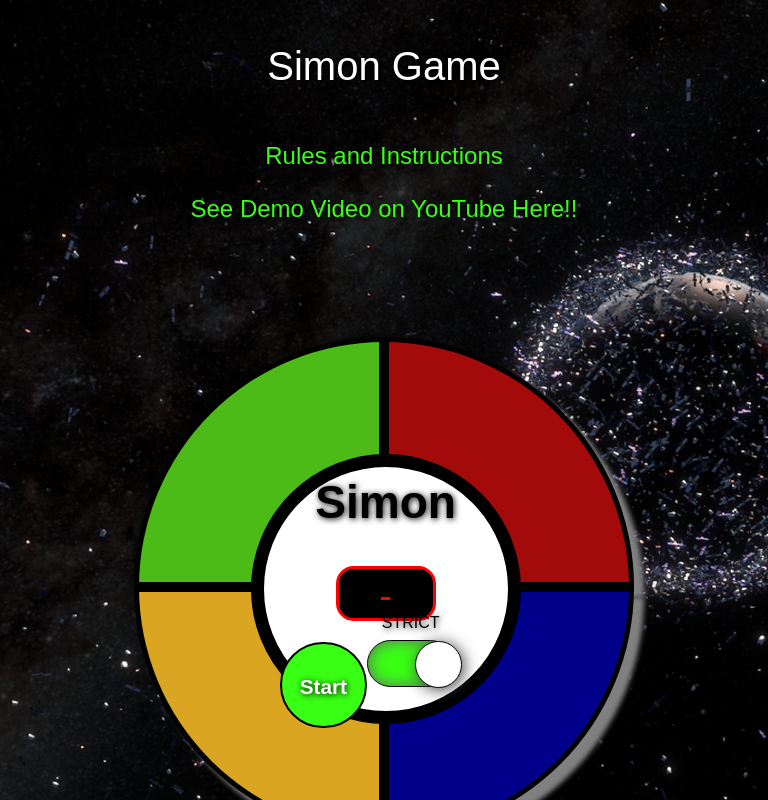
Repository: cgaynor91/Simon-Memory-Game
Page: index.html
The author's editor kept a record of every edit. The page is drawn from the files as they stood at one moment, then again after the next edit.
The browser window is 768 px wide. The pictures show the whole page.
An inner scrolling area shows only its first screen. Some web fonts or font styles are not loaded; a fallback is used.

Above is the page before.

### index.html
<!DOCTYPE html>
<html lang="en">

<head>
  <meta charset="UTF-8">
  <meta name="viewport" content="width=device-width, initial-scale=1.0">
  <meta http-equiv="X-UA-Compatible" content="ie=edge">
  <title>Simon Memory Game</title>

  <!-- Style sheets -->
  <link rel="stylesheet" href="https://stackpath.bootstrapcdn.com/bootstrap/4.3.1/css/bootstrap.min.css">
  <link href="https://fonts.googleapis.com/css?family=Fascinate+Inline&display=swap" rel="stylesheet" type="text/css">
  <link class="favicon" rel="icon" href="assets/images/favicon.ico" type="image/ico">

  <link rel="stylesheet" href="assets/css/style.css">

</head>


<body>
  <!-- Main Container -->

  <div class="container-fluid header">
    <!--main container-->
    <div class="row">
      <div class="col">
        <h1 class="m-4 py-2">Simon Game</h1>
      </div>
    </div>


    <!-- Button trigger modal - adapted from getbootstrap.com -->
    <button type="button" class="btn btn-modal" data-toggle="modal" data-target="#exampleModal">
  Rules and Instructions
</button>

    <!-- Modal -->
    <div class="modal fade" id="exampleModal" tabindex="-1" role="dialog" aria-labelledby="exampleModalLabel" aria-hidden="true">
      <div class="modal-dialog" role="document">
        <div class="modal-content">
          <div class="modal-header px-0 pl-4">
            <h3 class="modal-title" id="ModalLabel">Rules & Instructions</h3>
            <button type="button" class="close" data-dismiss="modal" aria-label="Close">
          <span aria-hidden="true">&times;</span>
        </button>
          </div>
          <div class="modal-body">
            <p class="text-center"> Think fast... SIMON says, "Chase my flashing lights and sounds"!</p> <br> The challenge is to repeat the ever-increasing random signals that SIMON generates.<br>
            <h4 class="text-center"> How To Play?</h4><br> 1. Press green START button; SIMON will give the first signal.<br> 2. Repeat the signal by pressing the same pad.<br> 3. SIMON will duplicate the first signal and will add one.<br> 4. Repeat these two signals by pressing
            the same colour pads.<br> 5. SIMON will duplicate these first two signals and add one.<br> 6. You must reach 20 to win.<br><br>

            <h4 class="text-center"> Strict Mode</h4><br> When Strict mode is selected you cannot get your sequence wrong at any point or your game will be reset back to the start

          </div>
          <div class="modal-footer">
            <button type="button" class="btn btn-modal" data-dismiss="modal">Close</button>
          </div>
        </div>
      </div>
    </div>

    <div class="row">
      <div class="rules-col col">
        <a href="https://www.youtube.com/watch?v=1Yqj76Q4jJ4" target="_blank">See Demo Video on YouTube Here!!</a>
      </div>
    </div>

    <!-- will hold the simon board -->
    <div class="container-fluid outer-circle">
      <div class="row">
        <div class="col simon-board">
          <div class="pads">
            <div id="greenpad" class="pad green-pad"></div>
            <div id="redpad" class="pad red-pad"></div>
            <div id="yellowpad" class="pad yellow-pad"></div>
            <div id="bluepad" class="pad blue-pad"></div>
          </div>

          <!-- inner -circle of board containg number counter and switches -->

          <div class="inner-circle">
            <div class="label">Simon</div>
            <div id="turn" class="display">-</div>
            <div id="start" class="start-button">Start</div>
            <div class="container strict">
              <div class="strict-label">
                <p>STRICT</p>
                <div class="strict-switch">
                  <input type="checkbox" id="strict" class="toggle" checked/>
                </div>
              </div>
            </div>
          </div>
        </div>
      </div>
    </div>
  </div>

  <div class="container-fluid footer">
    <div class="row justify-content-center">
      <p>Website created by Claire Gaynor &copy;
        <br> For educational purposes only.</p>
    </div>
  </div>

  <!-- Audio Clips -->
  <audio id="sound-green" src="assets/sounds/green.mp3"></audio>
  <audio id="sound-red" src="assets/sounds/red.mp3"></audio>
  <audio id="sound-yellow" src="assets/sounds/yellow.mp3"></audio>
  <audio id="sound-blue" src="assets/sounds/blue.mp3"></audio>
  <audio id="game-win" src="assets/sounds/game-win.wav"></audio>
  <audio id="game-over" src="assets/sounds/game-over.wav"></audio>



  <!-- Scripts located at the bottom of the body to ensure quick page loading -->
  <script src="https://cdnjs.cloudflare.com/ajax/libs/jquery/3.4.1/jquery.slim.min.js"></script>
  <script src="https://ajax.googleapis.com/ajax/libs/jquery/3.3.1/jquery.min.js"></script>
  <script src="https://cdnjs.cloudflare.com/ajax/libs/popper.js/1.15.0/umd/popper.min.js"></script>
  <script src="https://stackpath.bootstrapcdn.com/bootstrap/4.3.1/js/bootstrap.min.js"></script>
  <script src="assets/js/script.js"></script>



</body>

</html>

### assets/css/style.css
@import url('https://fonts.googleapis.com/css?family=Fascinate+Inline:100,200,300,400,500,600,700');


html,

body {
  width: 100%;
  height: 100%;
  margin: 0;
  padding: 0;
  overflow-x: hidden;
  background-image: url("../images/bgimage.jpg");
  background-color: #161677;
  background-size: cover;
  font-family: 'Fascinate inline', sans-serif;
  text-shadow: 1px 1px 6px #000000;
}

.row {
  text-align: center;
  padding: 10px;
  margin: 0;
  width: 100%;
  height: 100%;
}

a {
  color: #39ff14;
  padding-top: 5px;
  font-size: 1.5em;
}

a:hover {
  color: #fff;
  text-decoration: none;
}

.rules-col {
  margin-bottom: 50px;
}

h1 {
  color: #fff;
  margin-top: 10px;
}

.label {
  position: absolute;
  font-size: 2.2em;
  color: #000;
  font-weight: bold;
  margin-top: 10px;
}


/* Modal */

.modal-content {
  background-image: url("../images/bgimage.jpg");
  text-align: left;
  font-size: 1.2em;
  color: #39ff14;
}

.btn-modal {
  color: #39ff14;
  padding-top: 5px;
  font-size: 1.5em;
}

.btn-modal:hover {
  color: #fff;
}

/* Containers */

.header {
  color: white;
  text-align: center;
}

.outer-circle {
  padding: 0;
  margin: auto;
  width: 100%;
  height: 100vw;
  max-width: 600px;
  max-height: 600px;
  border-radius: 50%;
  background-color: transparent;
  margin-bottom: 230px;
  display: flex;
}


.strict {
  position: absolute;
  margin-top: 149px;
  margin-left: 50px;
  padding: 0px;
  width: 29%;
  line-height: 0;
}


.footer {
  color: #fff;
}


/* Controls */

.inner-circle {
  display: -webkit-box;
  display: -ms-flexbox;
  display: flex;
  -webkit-box-pack: center;
  -ms-flex-pack: center;
  justify-content: center;
  position: absolute;
  background-color: #fff;
  top: 27%;
  left: 27%;
  width: 46vw;
  height: 46vw;
  max-width: 270px;
  max-height: 270px;
  border: solid 13px #000;
  border-radius: 50%;
  line-height: 50px;
  box-sizing: border-box;
  -moz-box-sizing: border-box;
  -webkit-box-sizing: border-box;
}


#turn {
  position: absolute;
  top: 70px;
  max-width: 100px;
  max-height: 55px;
  color: #ff0000;
  background-color: #000;
  width: 39vw;
  height: 11vw;
  margin: auto;
  border: solid 3px #ff0000;
  border-radius: 6px;
  font-size: 2em;
}

.start-button {
  float: left;
  margin-right: 100px;
  margin-top: 135px;
  padding: 10px;
  line-height: 3em;
  font-weight: bold;
  background-color: #39ff14;
  height: 70px;
  width: 70px;
  border-radius: 50%;
  border: solid 2px #000;
}

.start-button:active {
  background-color: #ccff00;
}

.strict-switch {
  margin-top: 17px;
}

.strict-label {
  color: #000;
}

input[type="checkbox"] {
  position: relative;
  width: 67px;
  height: 35px;
  -webkit-appearance: none;
  -moz-appearance: none;
  -o-appearance: none;
  appearance: none;
  background: #3e8231;
  border: solid 1px #000;
  border-radius: 25vw;
}

input:checked[type="checkbox"] {
  background-color: #39ff14;
}

input[type="checkbox"]:before {
  content: "";
  position: absolute;
  height: 34px;
  width: 34px;
  border-radius: 50%;
  border: solid .5px #000;
  background-color: #fff;
  box-shadow: 2px 2px 15px #444;
}

input:checked[type="checkbox"]:before {
  left: 35px;
}


/* Simon Board Pad Colours */

.pad {
  float: left;
  position: relative;
  width: 50%;
  height: 50vw;
  border: solid 12px #000;
  max-width: 300px;
  max-height: 300px;
  -moz-box-sizing: border-box;
  -webkit-box-sizing: border-box;
  box-shadow: 1px 1px 12px #000000;

}


#greenpad {
  position: absolute;
  height: 250px;
  width: 250px;
  border-radius: 250px 0 0 0;
  -moz-border-radius: 250px 0 0 0;
  -webkit-border-radius: 250px 0 0 0;
  background: #4CBB17;
  top: 50%;
  left: 50%;
  margin: -250px 0px 0px -250px;
  border-style: solid;
  border-width: 5px;
  box-sizing: border-box;
  -moz-box-sizing: border-box;
  -webkit-box-sizing: border-box;
}

#redpad {
  position: absolute;
  height: 250px;
  width: 250px;
  -moz-border-radius: 0 250px 0 0;
  -webkit-border-radius: 0 250px 0 0;
  background: #a30b0b;
  top: 50%;
  left: 50%;
  margin: -250px 0px 0px 0px;
  border-style: solid;
  border-width: 5px;
  box-shadow: 10px 10px 5px grey;
  box-sizing: border-box;
  -moz-box-sizing: border-box;
  -webkit-box-sizing: border-box;
}

#yellowpad {
  position: absolute;
  height: 250px;
  width: 250px;
  -moz-border-radius: 0 0 0 250px;
  -webkit-border-radius: 0 0 0 250px;
  background: #daa520;
  top: 50%;
  left: 50%;
  margin: 0px -250px 0px -250px;
  border-style: solid;
  border-width: 5px;
  box-sizing: border-box;
  box-shadow: 10px 10px 5px grey;
  -moz-box-sizing: border-box;
  -webkit-box-sizing: border-box;
}

#bluepad {
  position: absolute;
  height: 250px;
  width: 250px;
  -moz-border-radius: 0 0 250px 0;
  -webkit-border-radius: 0 0 250px 0;
  background: #00008b;
  top: 50%;
  left: 50%;
  margin: 0px 0px -250px 0px;
  border-style: solid;
  border-width: 5px;
  box-sizing: border-box;
  box-shadow: 10px 10px 5px grey;
  -moz-box-sizing: border-box;
  -webkit-box-sizing: border-box;
}

/* Media Queires */

@media screen and (max-device-width : 812px)
 {

  .label {
    font-size: 6vw;

  }

  #turn {
        top: 13vw;
        width: 13vw;
        height: 9vw;
        font-size: 5vw;
        line-height: 7vw;
        border-radius: 2.3vw;
  }

  #start {
      font-size: 2.7vw;
        height: 11.3vw;
        width: 11.3vw;
        margin-right: 16.2vw;
        margin-top: 22.8vw;
        padding: 1.6vw 1.4vw;
  }

  .container.strict{
top: 1vw;
             height: 15vw;
        width: 25vw;


  }
      input[type="checkbox"] {
        height: 6.1vw;
        width: 11.3vw;
        border-radius: 25vw;
        -webkit-box-shadow: inset 0 0 2vw rgb(103, 103, 103);
        -o-box-shadow: inset 0 0 2vw rgb(103, 103, 103);
        box-shadow: inset 0 0 2vw rgb(103, 103, 103);
    }
    input[type="checkbox"]:before {
        height: 6.1vw;
        width: 6.1vw;
    }

    input:checked[type="checkbox"]:before {
        left: 6.1vw;
    }
}

### assets/js/script.js
// Variables

let order = [];
let playerOrder = [];
let flash, turn, good, compTurn, intervalId, win;
let strict = true;
let volume = true;

// Variables targeted using jquery

const turnCounter = document.getElementById("turn");
const pad = document.getElementById("pad");
const greenPad = document.getElementById("greenpad");
const redPad = document.getElementById("redpad");
const yellowPad = document.getElementById("yellowpad");
const bluePad = document.getElementById("bluepad");
const strictButton = document.getElementById("strict");
const startButton = document.getElementById("start");



// Adapt game to play in strict mode if selected

$(strictButton).on('click', function() {
  if (strictButton.checked === true) {
    strict = true;
    turn = 1;
    clearInterval(intervalId);
    if ($(turnCounter).text() == "-") {
      $(turnCounter).text("-");
    }
    else {
      $(turnCounter).text("0");
    }
    setTimeout(function() {
      clearColor();
    }, 800);
  }
  else {
    strict = false;
  }
});


// Intialize Game when start button clicked

$(startButton).on("click", function() {
  clearInterval(intervalId);
  playGame();
});

// This function runs when it is time for the computer to generate a sequence.


function playGame() {
  intervalId = 0;
  win = false;
  $(turnCounter).text("1");
  playerOrder = [];
  turn = 1;
  flash = 0;
  good = true;
  for (var i = 0; i < 20; i++) {
    order.push(Math.floor(Math.random() * 4) + 1);
  }
  compTurn = true;

  intervalId = setInterval(gamePlay, 800);
}

/* A function to identify if it is the player's turn or the computer's turn.
The amount of flashes must match the number in the turn counter - sequence stops and is logged.
The comptuer reproduces a sequence and checks light id and applies correct light and sound function
Code here is partly taken from a tutorial on youtube by freecodecamp(credits & link in Readme)*/

function gamePlay() {

  if (flash == turn) {
    clearInterval(intervalId);
    compTurn = false;
    clearColor();
  }

  if (compTurn) {
    clearColor();
    setTimeout(function() {
      if (order[flash] == 1) one();
      if (order[flash] == 2) two();
      if (order[flash] == 3) three();
      if (order[flash] == 4) four();
      flash++;
    }, 200);
  }
}

// Functions that generate lights and sounds for all four pads

function one() {
  if (volume) {
    let audio = document.getElementById("sound-green");
    audio.play();
  }
  volume = true;
  greenPad.style.backgroundColor = "#39ff14";
}

function two() {
  if (volume) {
    let audio = document.getElementById("sound-red");
    audio.play();
  }
  volume = true;
  redPad.style.backgroundColor = "#B22222";
}

function three() {
  if (volume) {
    let audio = document.getElementById("sound-yellow");
    audio.play();
  }
  volume = true;
  yellowPad.style.backgroundColor = "#FFFF00";
}

function four() {
  if (volume) {
    let audio = document.getElementById("sound-blue");
    audio.play();
  }
  volume = true;
  bluePad.style.backgroundColor = "#0000ff";
}

// Returns pads to their original state

function clearColor() {
  greenPad.style.backgroundColor = "#4CBB17";
  redPad.style.backgroundColor = "#a30b0b";
  yellowPad.style.backgroundColor = "#daa520";
  bluePad.style.backgroundColor = "#00008b";
}

// Function to cause all colours to flash at the same time

function flashColor() {
  greenPad.style.backgroundColor = "#39ff14";
  redPad.style.backgroundColor = "#B22222";
  yellowPad.style.backgroundColor = "#FFFF00";
  bluePad.style.backgroundColor = "#0000FF";
}

// Functions for wqhen each pads are clicked.
// By clicking one pad, a number is pushed into the player sequence array
// Colour clears after set time

$(greenPad).on('click', function() {
  playerOrder.push(1);
  check();
  one();
  if (!win) {
    setTimeout(function() {
      clearColor();
    }, 400);
  }
});

$(redPad).on('click', function() {
  playerOrder.push(2);
  check();
  two();
  if (!win) {
    setTimeout(function() {
      clearColor();
    }, 400);
  }
});

$(yellowPad).on('click', function() {
  playerOrder.push(3);
  check();
  three();
  if (!win) {
    setTimeout(function() {
      clearColor();
    }, 400);
  }
});

$(bluePad).on('click', function() {
  playerOrder.push(4);
  check();
  four();
  if (!win) {
    setTimeout(function() {
      clearColor();
    }, 400);
  }
});

// Function created to check and see if
// 1. The colour sequence is followed incorrectly
// 2. If player sequence matches the turn counter
// 3. If the player has completed 20 levels to win game
// 4. Also if strict mode is actve and the player has lost a game

function check() {
  if (playerOrder[playerOrder.length - 1] !== order[playerOrder.length - 1])
    good = false;

  if (playerOrder.length == 20 && good) {
    winGame();
  }

  if (good == false) {
    flashColor();
    $(turnCounter).text("NO!");
    let audio = document.getElementById("game-over");
    audio.play();
    setTimeout(function() {
      $(turnCounter).text((turn) - 1);
      clearColor();

      if (strict) {
        playGame();
      }
      else {
        compTurn = true;
        flash = 0;
        playerOrder = [];
        good = true;
        intervalId = setInterval(gamePlay, 800);
      }
    }, 800);

    volume = false;
  }

  else if (turn == playerOrder.length && good && !win) {
    turn++;
    playerOrder = [];
    compTurn = true;
    flash = 0;
    $(turnCounter).text((turn) - 1);
    intervalId = setInterval(gamePlay, 800);
  }
}

// Function is called upon if the player wins the game - displaying "WIN!" in the counter and playing audio

function winGame() {
  flashColor();
  $(turnCounter).text("WIN!");
  win = true;
  setTimeout(function() {
    let audio = document.getElementById("game-win");
    audio.play();
  }, 800);
}

After the next edit:
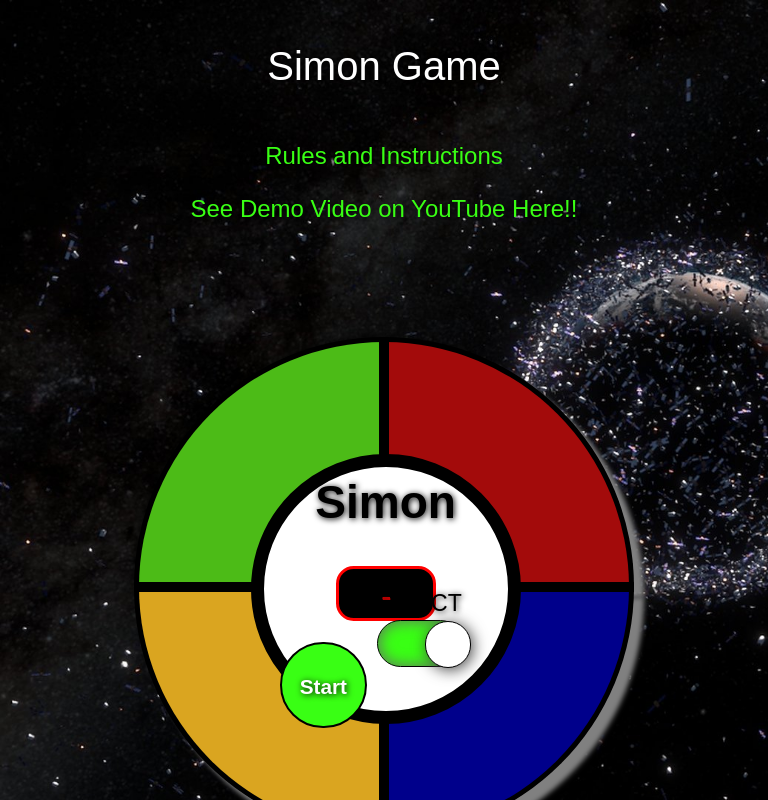
The edit:
--- a/assets/css/style.css
+++ b/assets/css/style.css
@@ -299,8 +299,7 @@
 
 /* Media Queires */
 
-@media screen and (max-device-width : 812px)
- {
+@media screen and (max-device-width: 812px) {
 
   .label {
     font-size: 6vw;
@@ -308,44 +307,44 @@
   }
 
   #turn {
-        top: 13vw;
-        width: 13vw;
-        height: 9vw;
-        font-size: 5vw;
-        line-height: 7vw;
-        border-radius: 2.3vw;
+    top: 13vw;
+    width: 13vw;
+    height: 9vw;
+    font-size: 5vw;
+    line-height: 7vw;
+    border-radius: 2.3vw;
   }
 
   #start {
-      font-size: 2.7vw;
-        height: 11.3vw;
-        width: 11.3vw;
-        margin-right: 16.2vw;
-        margin-top: 22.8vw;
-        padding: 1.6vw 1.4vw;
-  }
-
-  .container.strict{
-top: 1vw;
-             height: 15vw;
-        width: 25vw;
-
-
-  }
-      input[type="checkbox"] {
-        height: 6.1vw;
-        width: 11.3vw;
-        border-radius: 25vw;
-        -webkit-box-shadow: inset 0 0 2vw rgb(103, 103, 103);
-        -o-box-shadow: inset 0 0 2vw rgb(103, 103, 103);
-        box-shadow: inset 0 0 2vw rgb(103, 103, 103);
-    }
-    input[type="checkbox"]:before {
-        height: 6.1vw;
-        width: 6.1vw;
-    }
-
-    input:checked[type="checkbox"]:before {
-        left: 6.1vw;
-    }
-}
+    font-size: 2.7vw;
+    height: 11.3vw;
+    width: 11.3vw;
+    margin-right: 16.2vw;
+    margin-top: 22.8vw;
+    padding: 1.6vw 1.4vw;
+  }
+
+  .container.strict {
+    bottom: -1vw;
+    height: 15vw;
+    width: 25vw;
+margin-left: 9vw;
+font-size: 3vw;
+  }
+  input[type="checkbox"] {
+    height: 6.1vw;
+    width: 11.3vw;
+    border-radius: 25vw;
+    -webkit-box-shadow: inset 0 0 2vw rgb(103, 103, 103);
+    -o-box-shadow: inset 0 0 2vw rgb(103, 103, 103);
+    box-shadow: inset 0 0 2vw rgb(103, 103, 103);
+  }
+  input[type="checkbox"]:before {
+    height: 6.1vw;
+    width: 6.1vw;
+  }
+
+  input:checked[type="checkbox"]:before {
+    left: 6.1vw;
+  }
+}
